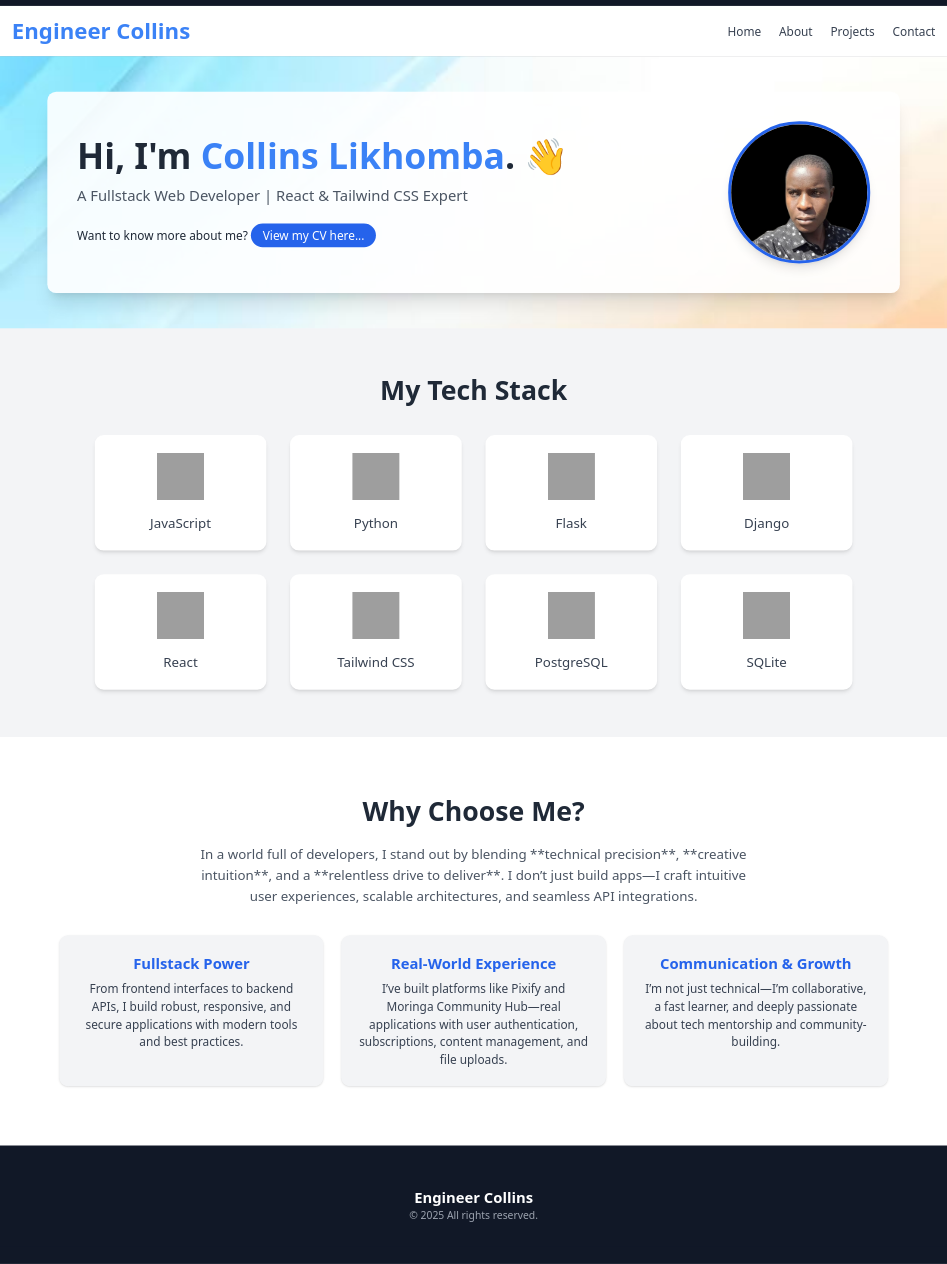
Repository: Engineer-collo/Portfolio
Page: /
The author's editor kept a copy of each file at every save. The page is drawn from the files as they stood at one save, then again after the next save.
The browser window is 1280 px wide. The pictures show the whole page, at 74% of full size.
Pictures or frames that could not be fetched are drawn as grey boxes. The project was rebuilt for these pictures with package versions that can differ from the ones it lists, and the page was loaded fresh each time. Also part of the build but not shown: vite.config.js, src/pages/TechStackToolbox.jsx, src/pages/About.jsx, src/pages/Projects.jsx, src/pages/Contact.jsx, src/pages/Blog.jsx, src/pages/Skills.jsx.

Above is the page before, as saved 2025-06-08 20:26:51.

After the next save:
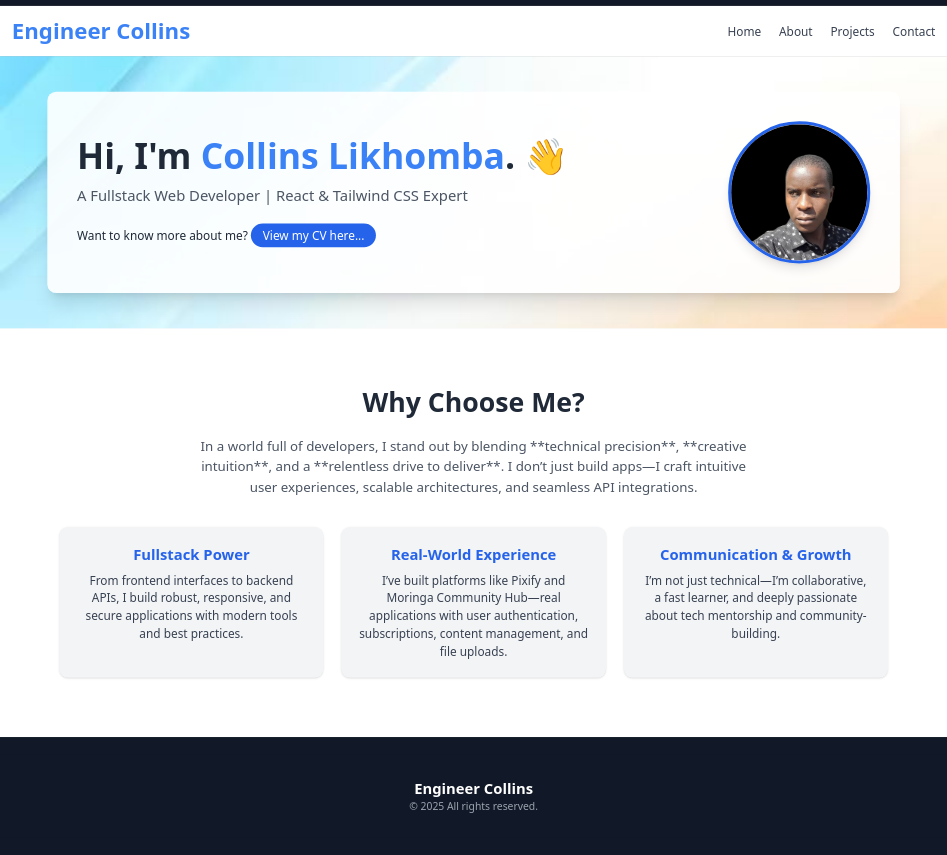
Saved 27 s later.
--- a/src/pages/HomePage.jsx
+++ b/src/pages/HomePage.jsx
@@ -87,26 +87,6 @@
         </div>
       </section>
 
-      {/* Skills Section */}
-      <section className="bg-gray-100 py-16 px-4 sm:px-6 lg:px-8 text-center">
-        <h2 className="text-4xl font-bold text-gray-800 mb-10">My Tech Stack</h2>
-
-        <div className="grid grid-cols-2 sm:grid-cols-3 md:grid-cols-4 gap-8 max-w-5xl mx-auto">
-          {skills.map((skill) => (
-            <div
-              key={skill.name}
-              className="flex flex-col items-center justify-center bg-white rounded-xl p-6 shadow-md hover:shadow-lg transition-shadow duration-300"
-            >
-              <img
-                src={skill.icon}
-                alt={skill.name}
-                className="w-16 h-16 mb-4"
-              />
-              <p className="text-lg font-medium text-gray-700">{skill.name}</p>
-            </div>
-          ))}
-        </div>
-      </section>
 
       {/* Why Choose Me Section */}
       <section className="bg-white py-20 px-6 md:px-20 text-center">

After the 2 saves that followed:
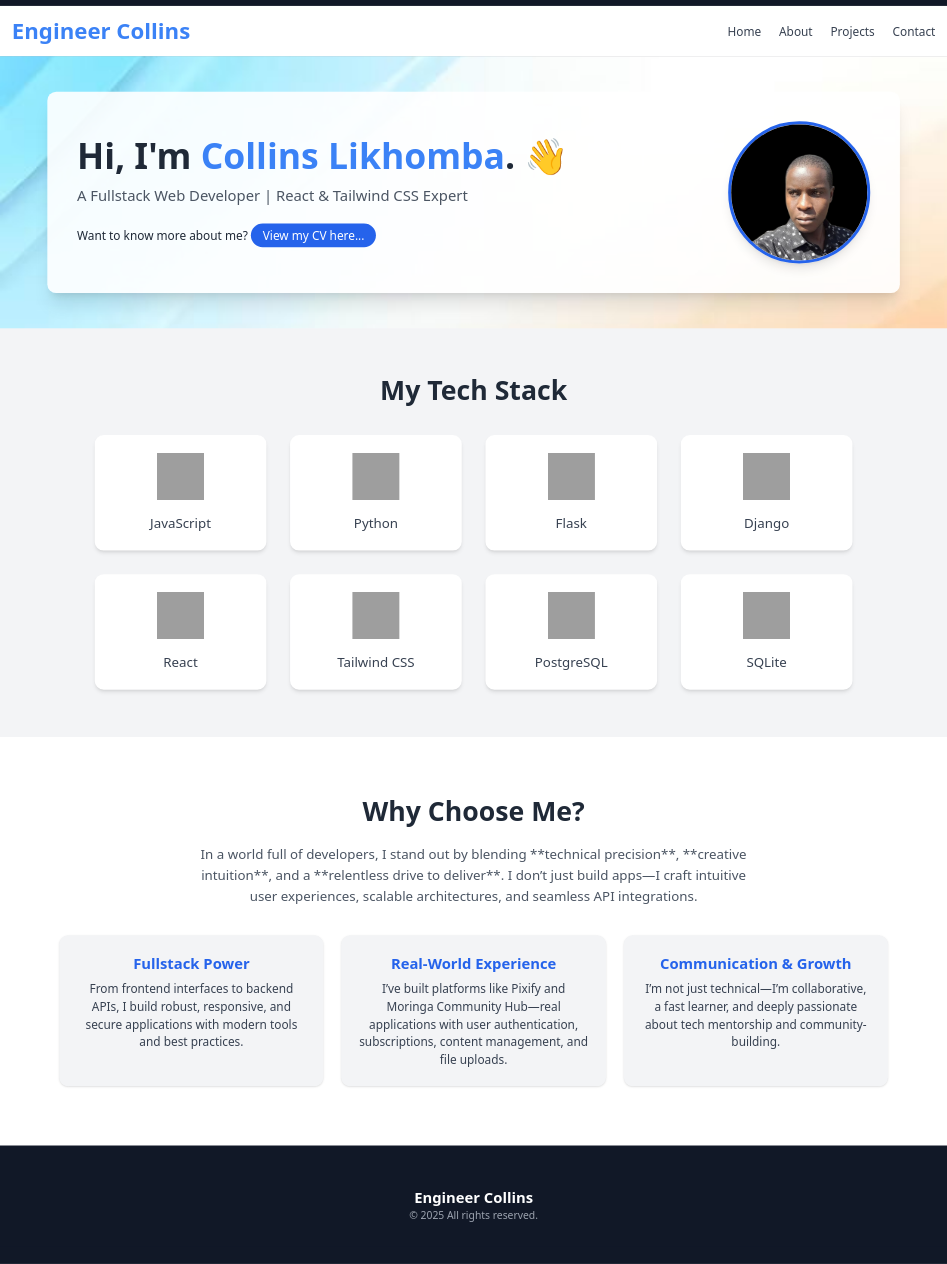
The 2 saves are shown as one change because they came seconds apart.
The last was saved 7 s later.
--- a/src/pages/HomePage.jsx
+++ b/src/pages/HomePage.jsx
@@ -87,6 +87,27 @@
         </div>
       </section>
 
+              {/* Skills Section */}
+      <section className="bg-gray-100 py-16 px-4 sm:px-6 lg:px-8 text-center">
+        <h2 className="text-4xl font-bold text-gray-800 mb-10">My Tech Stack</h2>
+
+        <div className="grid grid-cols-2 sm:grid-cols-3 md:grid-cols-4 gap-8 max-w-5xl mx-auto">
+          {skills.map((skill) => (
+            <div
+              key={skill.name}
+              className="flex flex-col items-center justify-center bg-white rounded-xl p-6 shadow-md hover:shadow-lg transition-shadow duration-300"
+            >
+              <img
+                src={skill.icon}
+                alt={skill.name}
+                className="w-16 h-16 mb-4"
+              />
+              <p className="text-lg font-medium text-gray-700">{skill.name}</p>
+            </div>
+          ))}
+        </div>
+      </section>
+
 
       {/* Why Choose Me Section */}
       <section className="bg-white py-20 px-6 md:px-20 text-center">
